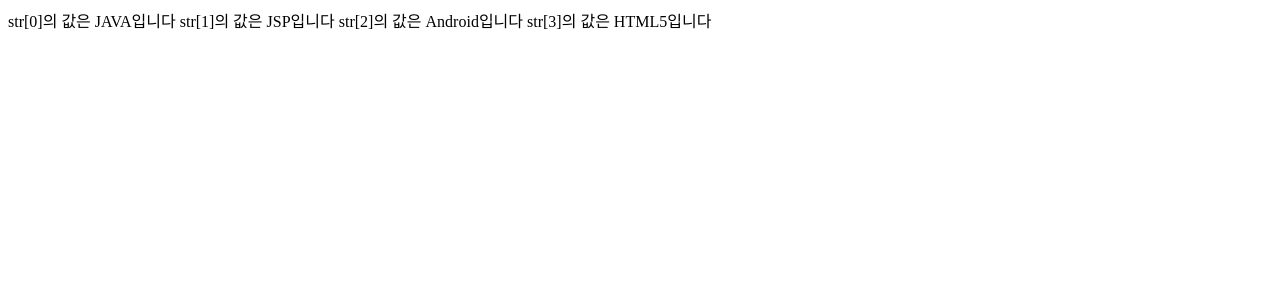
Repository: juujuu201/JSP
Page: http://localhost/Chapter05/form_05.jsp
An editor plug-in stored every save of this project. The page is shown before and after the next save, followed by the edit.
The browser window is 1280 px wide. The pictures show the whole page.
The page is served by Tomcat 9.

Above is the page before, as saved 2019-04-15 01:05:57.

### Chapter05/WebContent/form_05.jsp
<%@ page language="java" contentType="text/html; charset=UTF-8"
    pageEncoding="UTF-8"%>

<%
	String str[]={"JAVA","JSP","Android","HTML5"};

	for(int i =0; i<str.length; i++){
		out.println("str["+i+"]의 값은 "+str[i]+"입니다");
	}
%>

After the next save:
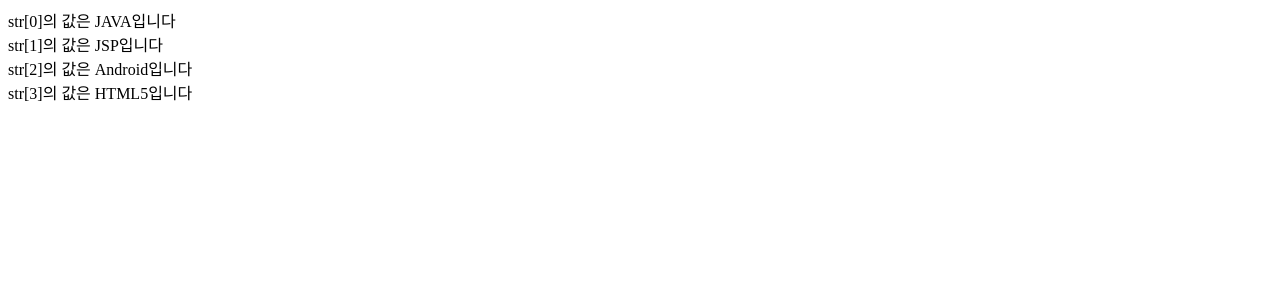
Saved 9 s later.
--- a/Chapter05/WebContent/form_05.jsp
+++ b/Chapter05/WebContent/form_05.jsp
@@ -5,6 +5,6 @@
 	String str[]={"JAVA","JSP","Android","HTML5"};
 
 	for(int i =0; i<str.length; i++){
-		out.println("str["+i+"]의 값은 "+str[i]+"입니다");
+		out.println("str["+i+"]의 값은 "+str[i]+"입니다<br>");
 	}
 %>
